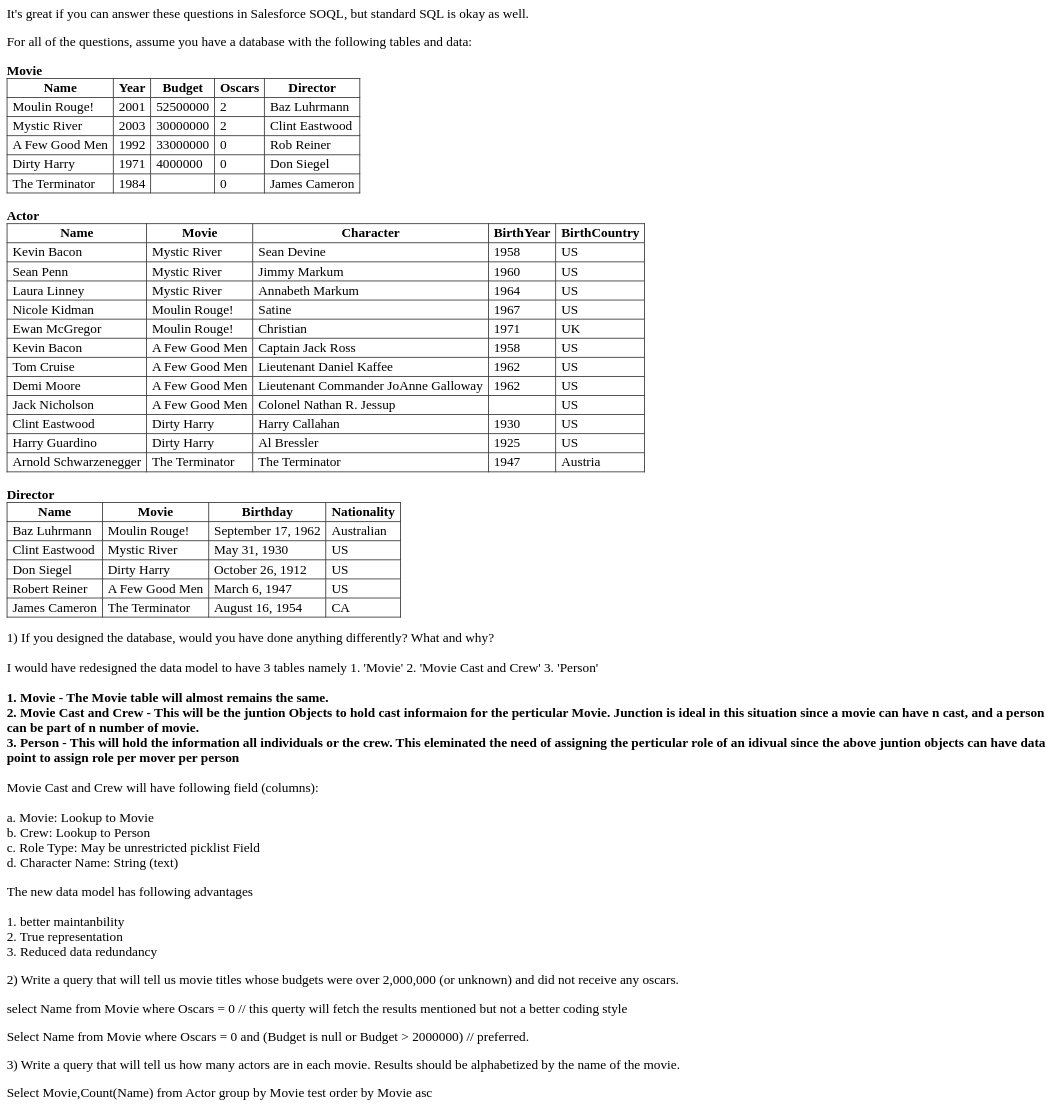
Repository: akhil33/AFFRM
Page: AFFIRM-NON-SFDC/Database.html
An editor plug-in stored every save of this project. The page is shown before and after the next save, followed by the edit.
The browser window is 1280 px wide. The pictures show the whole page, at 83% of full size.

Above is the page before, as saved 2022-04-07 21:16:01.

### AFFIRM-NON-SFDC/Database.html
<html>
	<head>
		<style type="text/css">
			table { border-collapse: collapse; border: solid 1px black; }
			td, th { border: solid 1px #333; padding: 2px 6px; }
		</style>
	</head>

	<body>
		<p>It's great if you can answer these questions in Salesforce SOQL, but standard SQL is okay as well.</p>

		<p>For all of the questions, assume you have a database with the following tables and data:</p>

		<b>Movie</b>
		<table>
			<tr>
				<th>Name</th>
				<th>Year</th>
				<th>Budget</th>
				<th>Oscars</th>
				<th>Director</th>
			</tr>
			<tr>
				<td>Moulin Rouge!</td>
				<td>2001</td>
				<td>52500000</td>
				<td>2</td>
				<td>Baz Luhrmann</td>
			</tr>
			<tr>
				<td>Mystic River</td>
				<td>2003</td>
				<td>30000000</td>
				<td>2</td>
				<td>Clint Eastwood</td>
			</tr>
			<tr>
				<td>A Few Good Men</td>
				<td>1992</td>
				<td>33000000</td>
				<td>0</td>
				<td>Rob Reiner</td>
			</tr>
			<tr>
				<td>Dirty Harry</td>
				<td>1971</td>
				<td>4000000</td>
				<td>0</td>
				<td>Don Siegel</td>
			</tr>
			<tr>
				<td>The Terminator</td>
				<td>1984</td>
				<td></td>
				<td>0</td>
				<td>James Cameron</td>
			</tr>
		</table>

		<br/>
		<b>Actor</b>
		<table>
			<tr>
				<th>Name</th>
				<th>Movie</th>
				<th>Character</th>
				<th>BirthYear</th>
				<th>BirthCountry</th>
			</tr>
			<tr>
				<td>Kevin Bacon</td>
				<td>Mystic River</td>
				<td>Sean Devine</td>
				<td>1958</td>
				<td>US</td>
			</tr>
			<tr>
				<td>Sean Penn</td>
				<td>Mystic River</td>
				<td>Jimmy Markum</td>
				<td>1960</td>
				<td>US</td>
			</tr>
			<tr>
				<td>Laura Linney</td>
				<td>Mystic River</td>
				<td>Annabeth Markum</td>
				<td>1964</td>
				<td>US</td>
			</tr>
			<tr>
				<td>Nicole Kidman</td>
				<td>Moulin Rouge!</td>
				<td>Satine</td>
				<td>1967</td>
				<td>US</td>
			</tr>
			<tr>
				<td>Ewan McGregor</td>
				<td>Moulin Rouge!</td>
				<td>Christian</td>
				<td>1971</td>
				<td>UK</td>
			</tr>
			<tr>
				<td>Kevin Bacon</td>
				<td>A Few Good Men</td>
				<td>Captain Jack Ross</td>
				<td>1958</td>
				<td>US</td>
			</tr>
			<tr>
				<td>Tom Cruise</td>
				<td>A Few Good Men</td>
				<td>Lieutenant Daniel Kaffee</td>
				<td>1962</td>
				<td>US</td>
			</tr>
			<tr>
				<td>Demi Moore</td>
				<td>A Few Good Men</td>
				<td>Lieutenant Commander JoAnne Galloway</td>
				<td>1962</td>
				<td>US</td>
			</tr>
			<tr>
				<td>Jack Nicholson</td>
				<td>A Few Good Men</td>
				<td>Colonel Nathan R. Jessup</td>
				<td></td>
				<td>US</td>
			</tr>
			<tr>
				<td>Clint Eastwood</td>
				<td>Dirty Harry</td>
				<td>Harry Callahan</td>
				<td>1930</td>
				<td>US</td>
			</tr>
			<tr>
				<td>Harry Guardino</td>
				<td>Dirty Harry</td>
				<td>Al Bressler</td>
				<td>1925</td>
				<td>US</td>
			</tr>
			<tr>
				<td>Arnold Schwarzenegger</td>
				<td>The Terminator</td>
				<td>The Terminator</td>
				<td>1947</td>
				<td>Austria</td>
			</tr>
		</table>

		<br/>
		<b>Director</b>
		<table>
			<tr>
				<th>Name</th>
				<th>Movie</th>
				<th>Birthday</th>
				<th>Nationality</th>
			</tr>
			<tr>
				<td>Baz Luhrmann</td>
				<td>Moulin Rouge!</td>
				<td>September 17, 1962</td>
				<td>Australian</td>
			</tr>
			<tr>
				<td>Clint Eastwood</td>
				<td>Mystic River</td>
				<td>May 31, 1930</td>
				<td>US</td>
			</tr>
			<tr>
				<td>Don Siegel</td>
				<td>Dirty Harry</td>
				<td>October 26, 1912</td>
				<td>US</td>
			</tr>
			<tr>
				<td>Robert Reiner</td>
				<td>A Few Good Men</td>
				<td>March 6, 1947</td>
				<td>US</td>
			</tr>
			<tr>
				<td>James Cameron</td>
				<td>The Terminator</td>
				<td>August 16, 1954</td>
				<td>CA</td>
			</tr>
		</table>


		<p>1) If you designed the database, would you have done anything differently? What and why?
			<br><br>
			I would have redesigned the data model to have 3 tables namely 1. 'Movie' 2. 'Movie Cast and Crew' 3. 'Person'
			<br><br><strong>
			1. Movie - The Movie table will almost remains the same. <br>
			2. Movie Cast and Crew - This will be the juntion Objects to hold cast informaion for the perticular Movie. Junction is ideal in this situation since a movie can have n cast, and a person can be part of n number of movie.<br>
			3. Person - This will hold the information all individuals or the crew. This eleminated the need of assigning the perticular role of an idivual since the above juntion objects can have data point to assign role per mover per person
			<br></strong><br>

			Movie Cast and Crew will have following field (columns):<br><br>
				a. Movie: Lookup to Movie 	<br>
				b. Crew: Lookup to Person <br>
				c. Role Type: May be unrestricted picklist Field	<br>
				d. Character Name: String (text) <br> <br>


			The new data model has following advantages<br><br>
			1. better maintanbility<br>
			2. True representation<br>
			3. Reduced data redundancy<br>

		<p>2) Write a query that will tell us movie titles whose budgets were over 2,000,000 (or unknown) and did not receive any oscars.


			<p> select Name from Movie where Oscars = 0   // this querty will fetch the results mentioned but not a better coding style</p>
			<p> Select Name from Movie where Oscars = 0 and (Budget is null or Budget > 2000000)  // preferred.</p>


		<p>3) Write a query that will tell us how many actors are in each movie.  Results should be alphabetized by the name of the movie.</p>


			<p> Select Movie,Count(Name) from Actor group by Movie test order by Movie asc </p>




	</body>
</html>

After the next save:
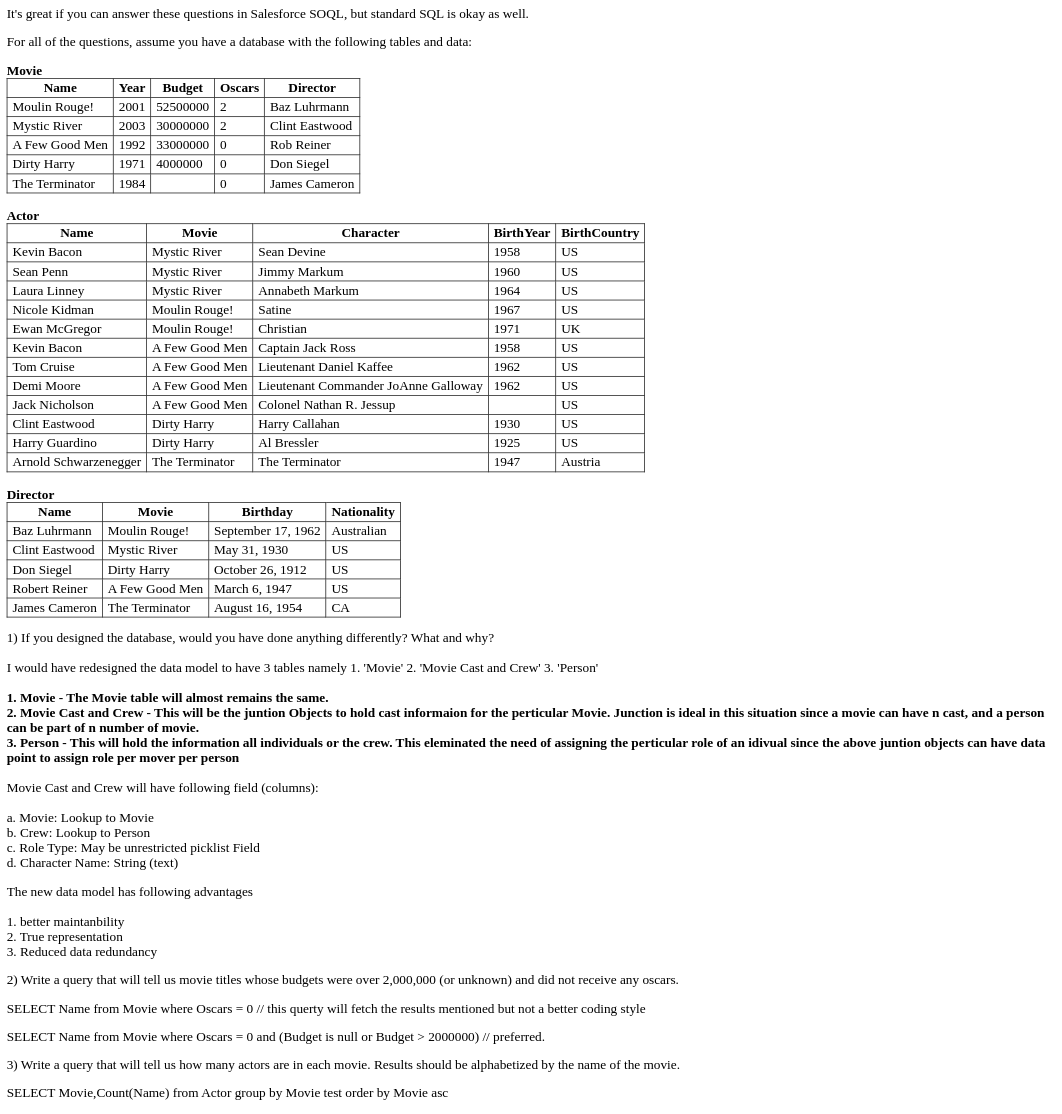
Saved 29 s later.
--- a/AFFIRM-NON-SFDC/Database.html
+++ b/AFFIRM-NON-SFDC/Database.html
@@ -219,14 +219,14 @@
 		<p>2) Write a query that will tell us movie titles whose budgets were over 2,000,000 (or unknown) and did not receive any oscars.
 
 
-			<p> select Name from Movie where Oscars = 0   // this querty will fetch the results mentioned but not a better coding style</p>
-			<p> Select Name from Movie where Oscars = 0 and (Budget is null or Budget > 2000000)  // preferred.</p>
+			<p> SELECT Name from Movie where Oscars = 0   // this querty will fetch the results mentioned but not a better coding style</p>
+			<p> SELECT Name from Movie where Oscars = 0 and (Budget is null or Budget > 2000000)  // preferred.</p>
 
 
 		<p>3) Write a query that will tell us how many actors are in each movie.  Results should be alphabetized by the name of the movie.</p>
 
 
-			<p> Select Movie,Count(Name) from Actor group by Movie test order by Movie asc </p>
+			<p> SELECT Movie,Count(Name) from Actor group by Movie test order by Movie asc </p>
 
 
 
